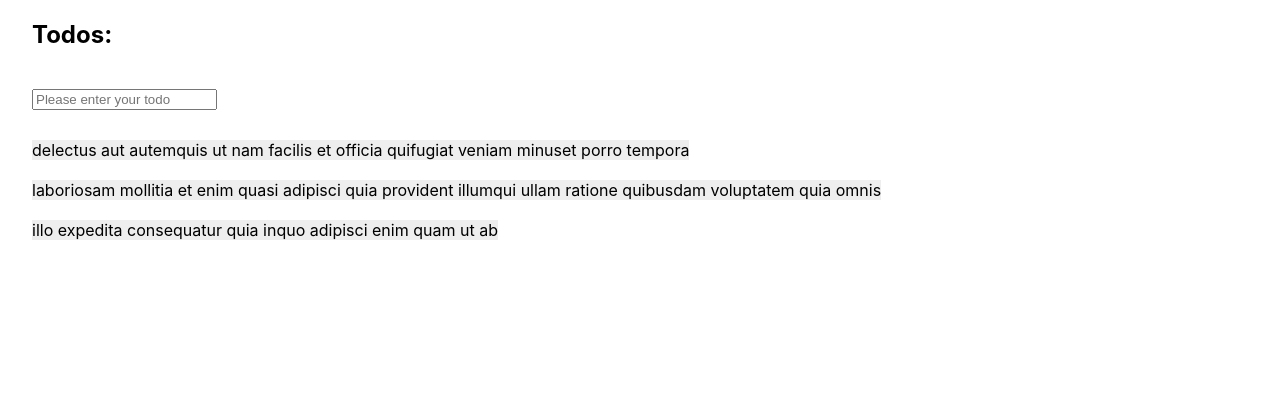
Repository: vhoreho/react
Page: / (app in myapp/)
These files come from the project's save history. The page is drawn as it stood at one moment and after the next save; the edit follows.
The browser window is 1280 px wide. The pictures show the whole page.
The project was rebuilt for these pictures with package versions that can differ from the ones it lists, and the page was loaded fresh each time.

Above is the page before, as saved 2022-08-08 21:32:02.

After the next save:
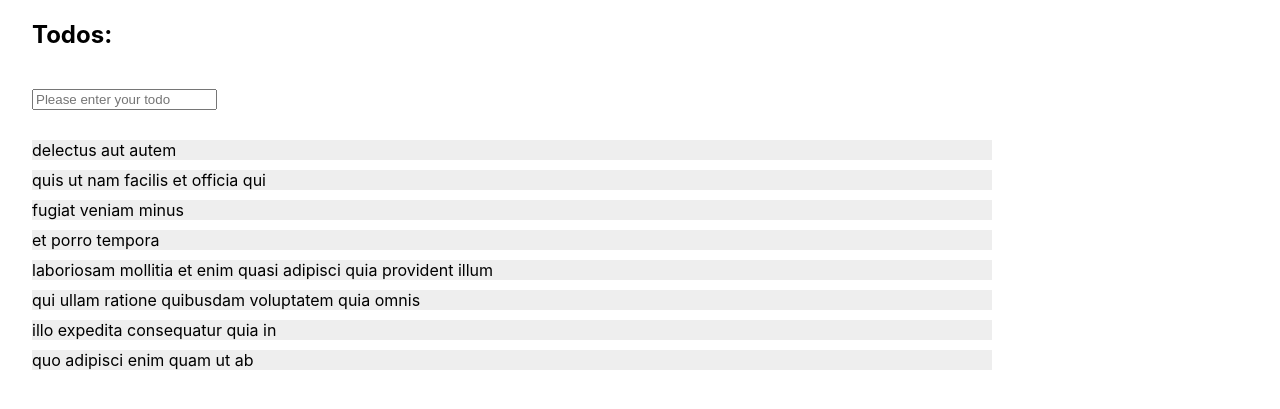
Saved 7 s later.
--- a/myapp/src/components/TodoItem.js
+++ b/myapp/src/components/TodoItem.js
@@ -5,7 +5,7 @@
     return (
         <li style={{
             background: '#eee',
-            display: 'inline-block',
+            display: 'block',
             margin: '10px 0'
         }}>
             {title}
